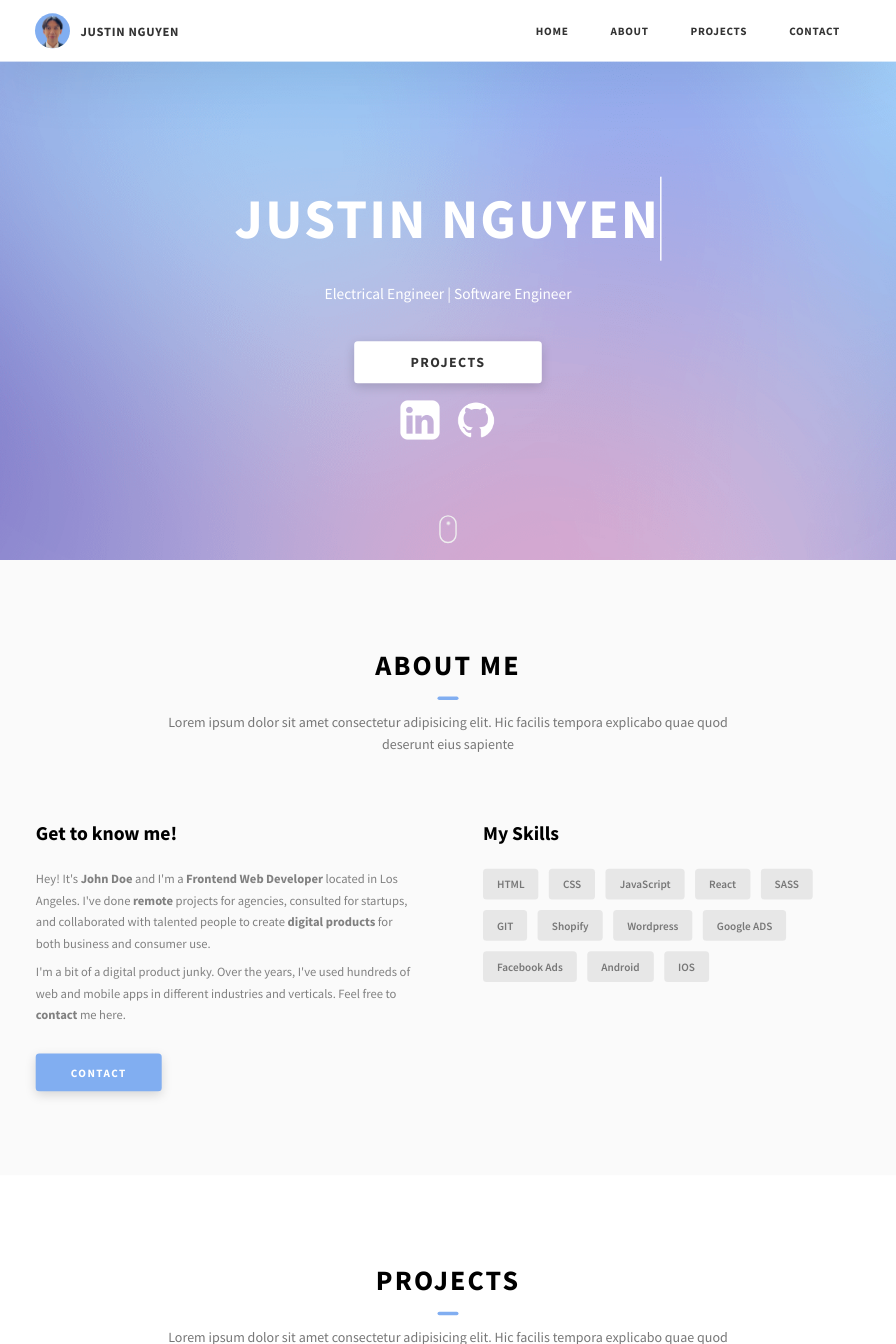
Repository: justinknguyen/Personal-Portfolio
Page: index.html
These files come from the project's save history. The page is drawn as it stood at one moment and after the next save; the edit follows.
The browser window is 1280 px wide. The pictures show the part of the page from y = 0 to 1920 px (the page is 5203 px tall), at 70% of full size.
The style sheet was rebuilt from its Sass, Less or Tailwind sources for each picture, by a compiler version that may differ from the author's.

Above is the page before, as saved 2022-09-03 12:52:55.

After the next save:
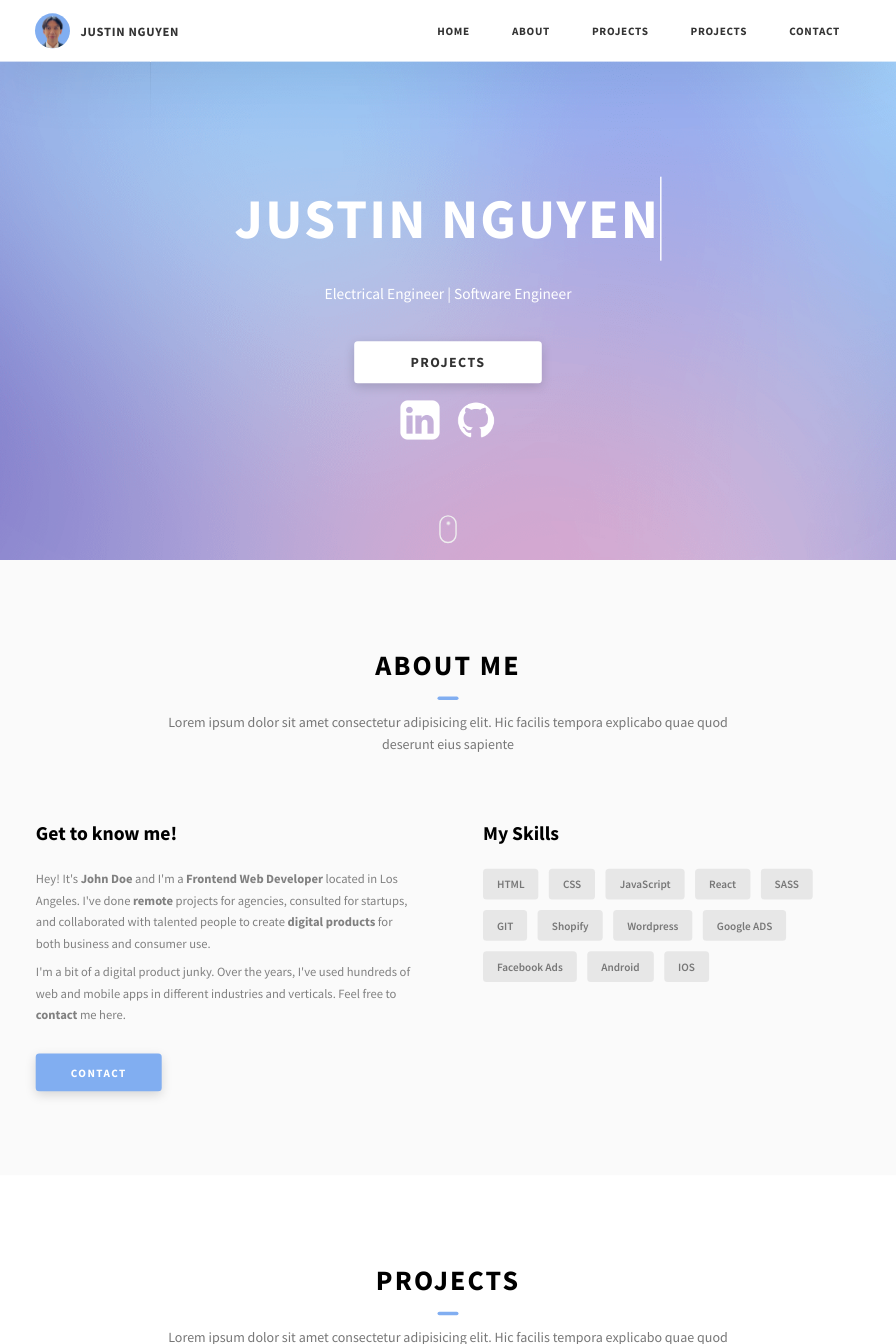
Saved 60 min 21 s later.
--- a/index.html
+++ b/index.html
@@ -41,6 +41,11 @@
             </li>
             <li class="header__link-wrapper">
               <a href="./index.html#projects" class="header__link">
+                Projects
+              </a>
+            </li>
+            <li class="header__link-wrapper">
+              <a href="./index.html#keyboards" class="header__link">
                 Projects
               </a>
             </li>
